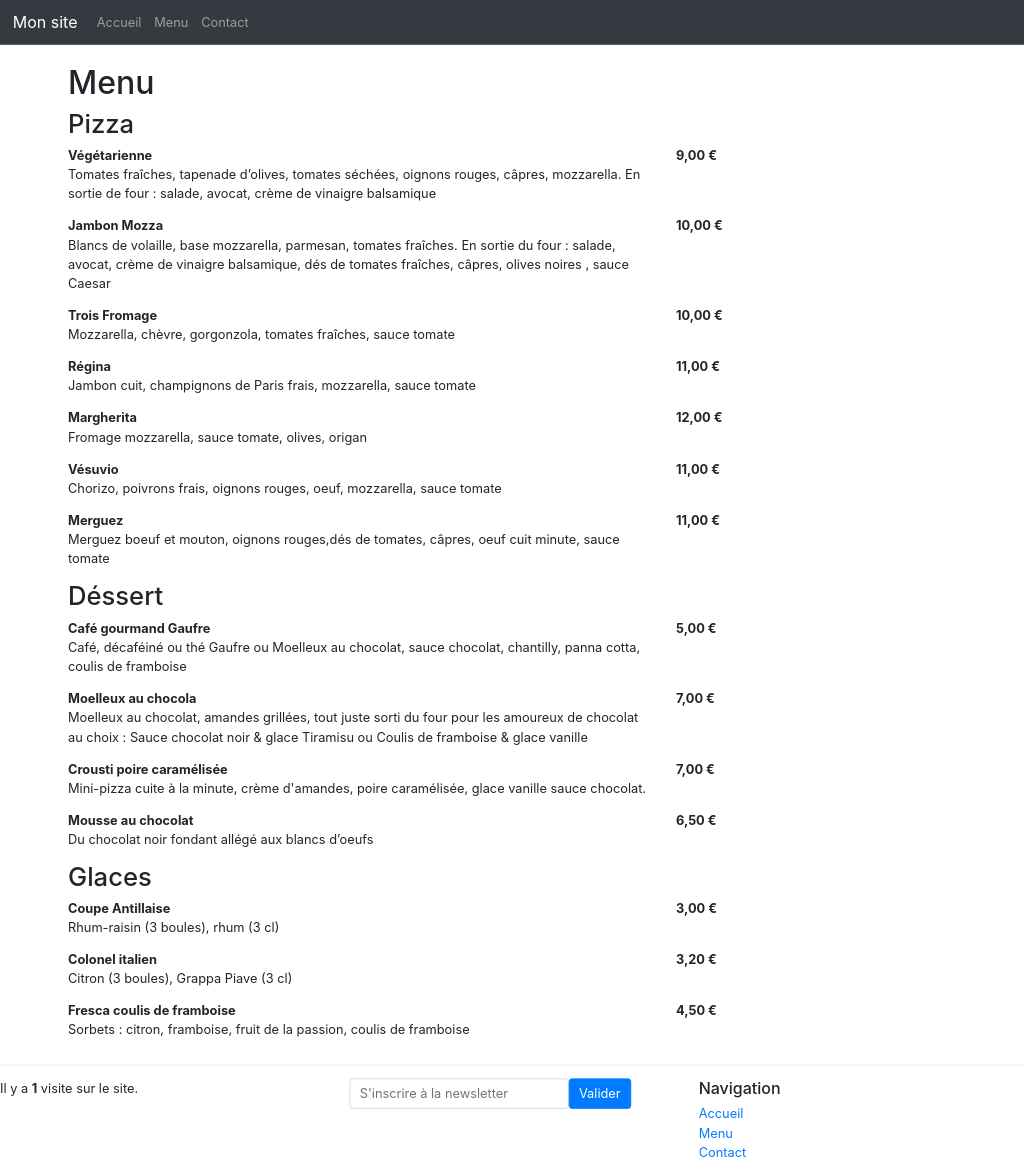
Repository: Alex-Serky/Back_End_PHP
Page: http://localhost/Apprendre le PHP/1Bases/08PHP_HTML/menu.php
The author's editor kept a copy of each file at every save. The page is drawn from the files as they stood at one save, then again after the next save.
The browser window is 1280 px wide. The page is 1295 px wide, so the pictures cover 1295 px, including what lies to the right of the window. The pictures show the whole page, at 80% of full size.
The page is run by PHP 8.4 with error messages shown; the project is at /var/www/html/.

Above is the page before, as saved 2020-07-26 03:41:39.

After the next save:
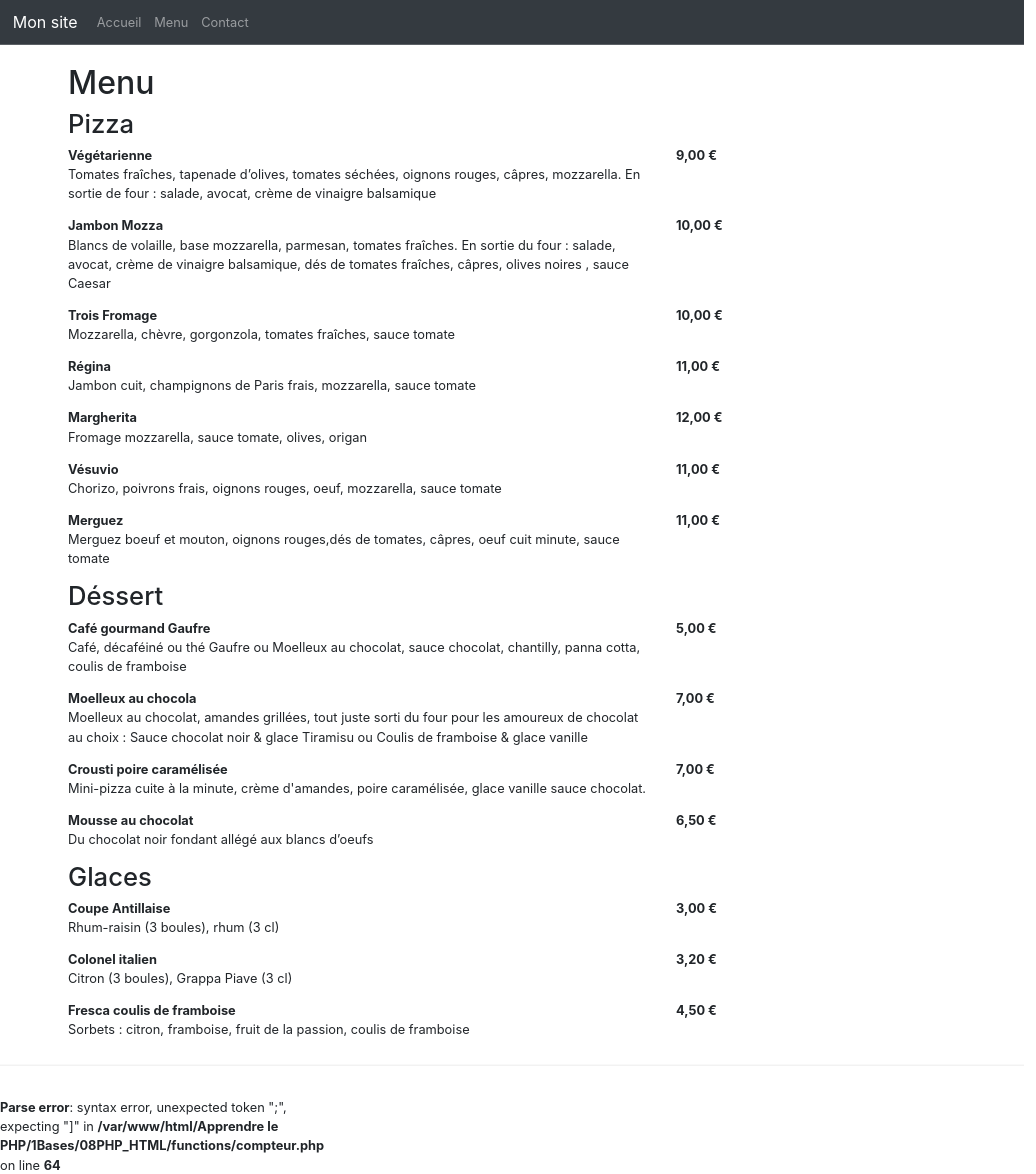
Saved 9 min 53 s later.
--- a/Apprendre le PHP/1Bases/08PHP_HTML/functions/compteur.php
+++ b/Apprendre le PHP/1Bases/08PHP_HTML/functions/compteur.php
@@ -61,7 +61,7 @@
             'annee' => $parties[1],
             'mois' => $parties[2],
             'jour' => $parties[3],
-            'visites' => $parties[4]
+            'visites' => file_get_contents($fichier);
         ];
     }
     return $visites;

After the save that followed:
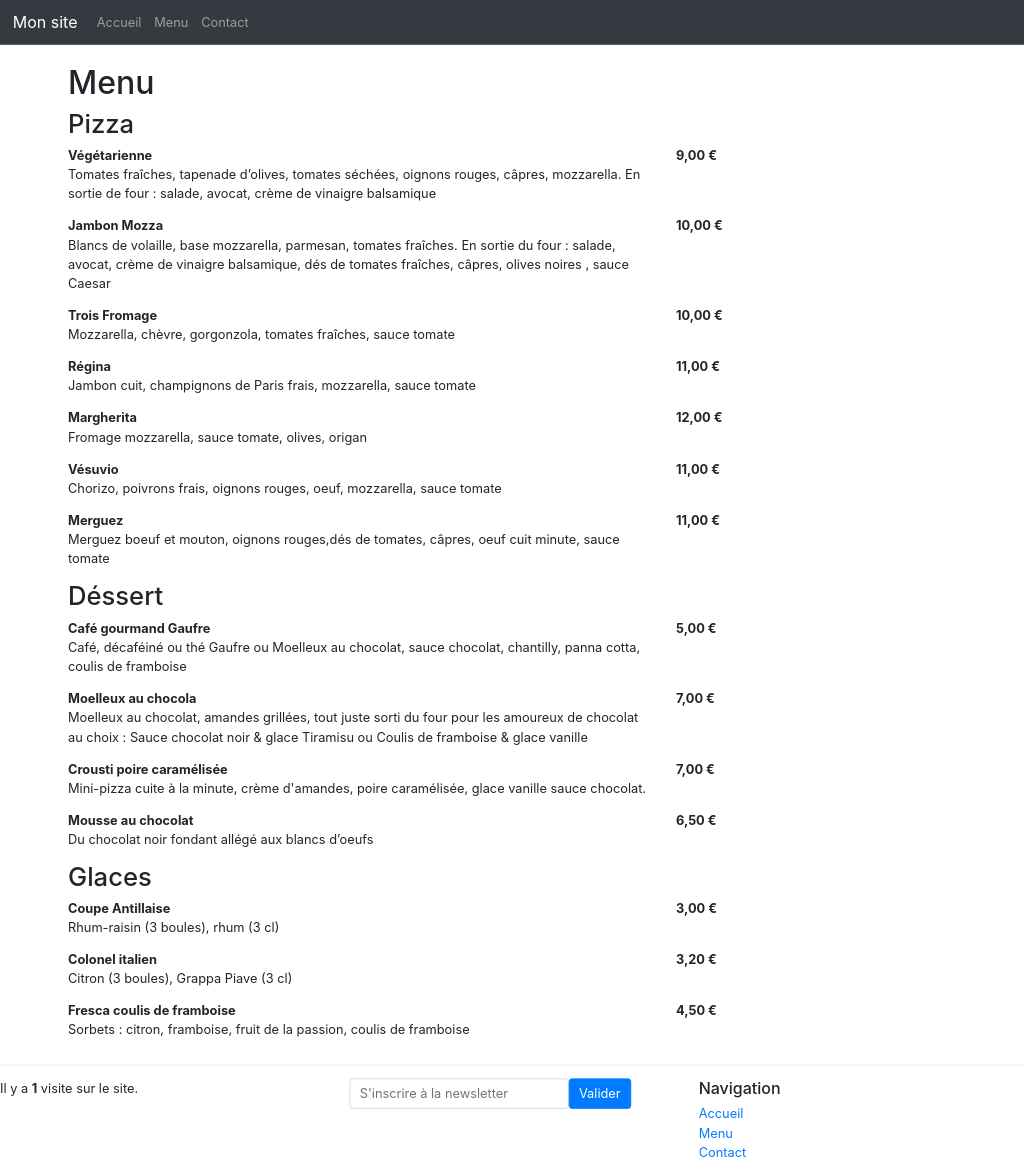
Saved 23 s later.
--- a/Apprendre le PHP/1Bases/08PHP_HTML/functions/compteur.php
+++ b/Apprendre le PHP/1Bases/08PHP_HTML/functions/compteur.php
@@ -61,7 +61,7 @@
             'annee' => $parties[1],
             'mois' => $parties[2],
             'jour' => $parties[3],
-            'visites' => file_get_contents($fichier);
+            'visites' => file_get_contents($fichier)
         ];
     }
     return $visites;
